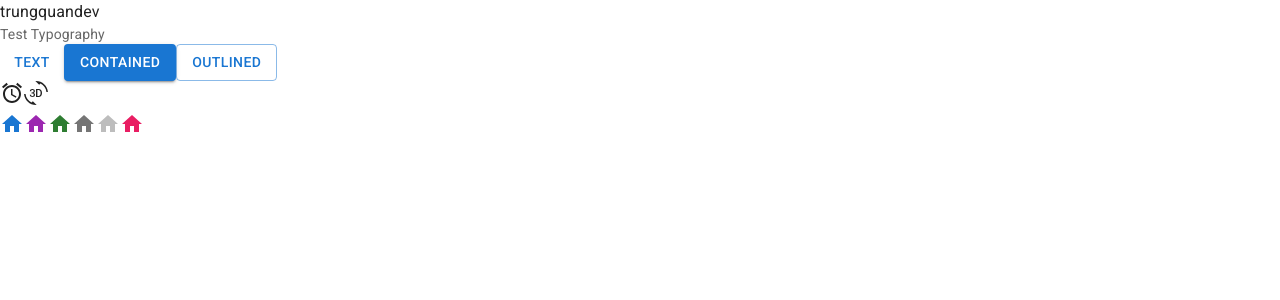
Repository: VoPhamKhanhTruong/trello-web
Page: /
The author's editor kept a copy of each file at every save. The page is drawn from the files as they stood at one save, then again after a run of saves.
The browser window is 1280 px wide. The pictures show the whole page.
The project was rebuilt for these pictures with package versions that can differ from the ones it lists, and the page was loaded fresh each time. Also part of the build but not shown: vite.config.js.

Above is the page before, as saved 2024-08-07 11:24:34.

### src/main.jsx
import React from 'react'
import ReactDOM from 'react-dom/client'
import App from './App.jsx'
import CssBaseline from '@mui/material/CssBaseline'
import { ThemeProvider } from '@mui/material/styles'
import theme from './theme'

ReactDOM.createRoot(document.getElementById('root')).render(
  <React.StrictMode>
    <ThemeProvider theme={theme}>
      <CssBaseline />
      <App />
    </ThemeProvider>
  </React.StrictMode>
)

### src/App.jsx
import Button from '@mui/material/Button'
import AccessAlarmIcon from '@mui/icons-material/AccessAlarm'
import ThreeDRotation from '@mui/icons-material/ThreeDRotation'
import HomeIcon from '@mui/icons-material/Home'
import { pink } from '@mui/material/colors'
import Typography from '@mui/material/Typography'
function App() {
  return (
    <>
      <div>trungquandev</div>

      <Typography variant="body2" color="text.secondary">Test Typography</Typography>

      <Button variant="text">Text</Button>
      <Button variant="contained">Contained</Button>
      <Button variant="outlined">Outlined</Button>

      <br />

      <AccessAlarmIcon />
      <ThreeDRotation />

      <br />
      <HomeIcon color="primary" />
      <HomeIcon color="secondary" />
      <HomeIcon color="success" />
      <HomeIcon color="action" />
      <HomeIcon color="disabled" />
      <HomeIcon sx={{ color: pink[500] }} />
    </>
  )
}

export default App

### src/theme.js
import { createTheme } from '@mui/material/styles'
import { red } from '@mui/material/colors'
import { experimental_extendTheme as extendTheme} from '@mui/material/styles'

// Create a theme instance.
const theme = extendTheme({
  palette: {
    mode:'light', //default is light
    primary: {
      main: '#556cd6'
    },
    secondary: {
      main: '#19857b'
    },
    error: {
      main: red.A400
    },
    text: {
      secondary: red[500]
    }
  }
})

export default theme

Loaded but not shown: index.html (common file)

After the next 2 saves:
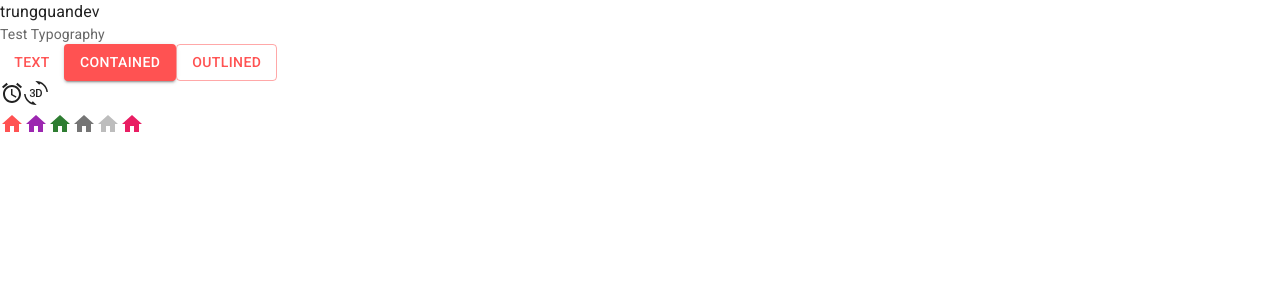
The 2 saves are shown as one change because 1 did not build or start.
The last was saved 2 min 34 s later.
--- a/src/theme.js
+++ b/src/theme.js
@@ -4,21 +4,23 @@ import { experimental_extendTheme as extendTheme} from '@mui/material/styles'
 
 // Create a theme instance.
 const theme = extendTheme({
-  palette: {
-    mode:'light', //default is light
-    primary: {
-      main: '#556cd6'
+  colorSchemes: {
+      light: {
+        palette: {
+          primary: {
+            main: '#ff5252'
+          }
+        }
+      },
+      dark: {
+        palette: {
+          primary: {
+            main: '#000',
+          },
+        },
+      },
     },
-    secondary: {
-      main: '#19857b'
-    },
-    error: {
-      main: red.A400
-    },
-    text: {
-      secondary: red[500]
-    }
-  }
-})
+    // ...other properties
+  })
 
 export default theme
